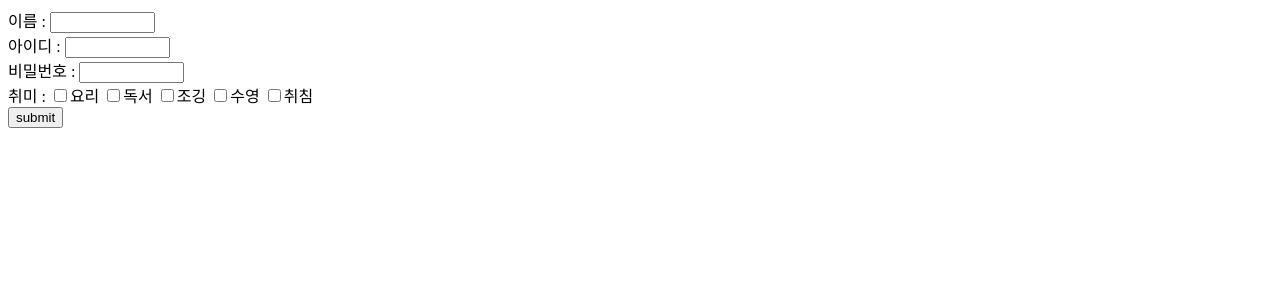
Repository: yoojinhee/JSP_study
Page: http://localhost/Test_JSP/form.jsp
These files come from the project's save history. The page is drawn as it stood at one moment and after the next save; the edit follows.
The browser window is 1280 px wide. The pictures show the whole page.
The page is served by Tomcat 9.

Above is the page before, as saved 2020-05-12 06:23:52.

After the next save:
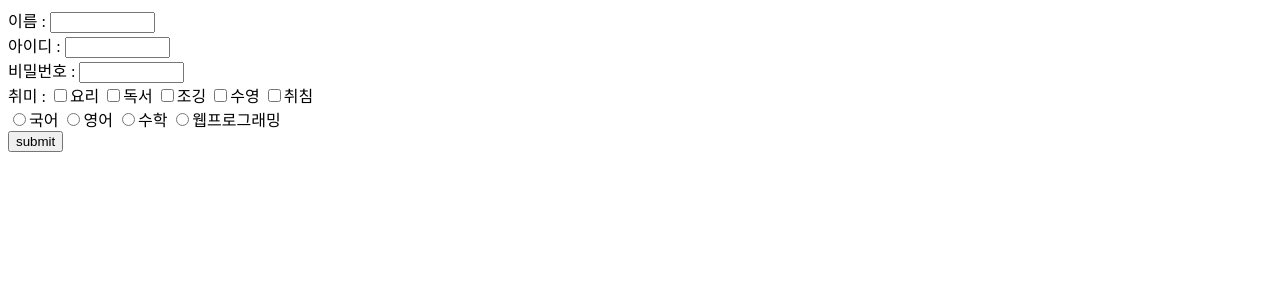
Saved 11 min 30 s later.
--- a/Project/Test_JSP/WebContent/form.jsp
+++ b/Project/Test_JSP/WebContent/form.jsp
@@ -19,6 +19,11 @@
 <input type="checkbox" name="hobby" value="swim">수영
 <input type="checkbox" name="hobby" value="sleep">취침
 <br>
+<input type="radio" name="major" value="kor">국어
+<input type="radio" name="major" value="eng">영어
+<input type="radio" name="major" value="mat">수학
+<input type="radio" name="major" value="jsp">웹프로그래밍
+<br>
 <input type="submit" value="submit">
 </form>
 
